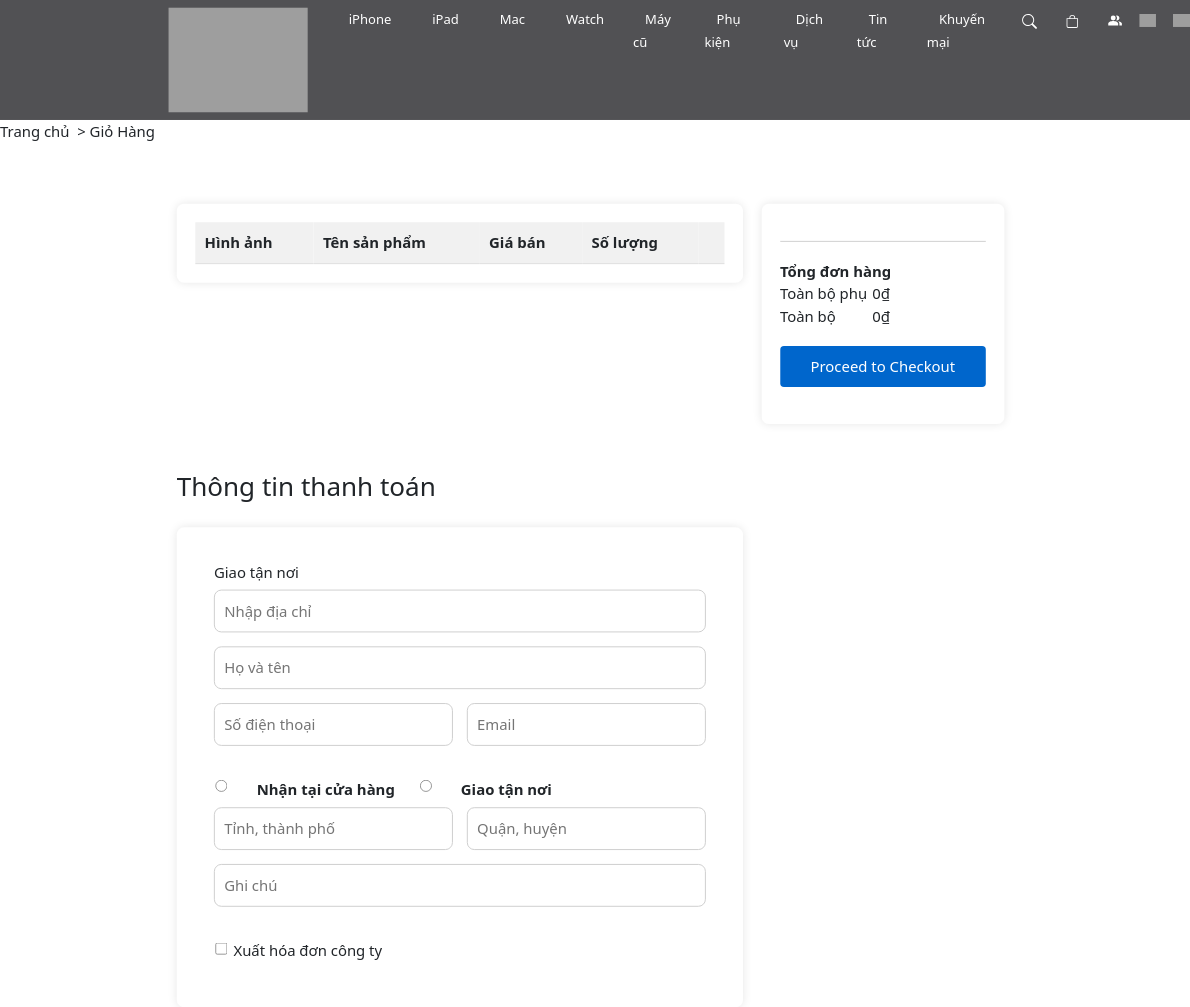
Repository: 20092004nam2k4/FE-ShopDunk
Page: /cart
The author's editor kept a copy of each file at every save. The page is drawn from the files as they stood at one save, then again after the next save.
The browser window is 1280 px wide. The pictures show the whole page, at 93% of full size.
Pictures or frames that could not be fetched are drawn as grey boxes. The page's requests for data from a server got no answer. The project was rebuilt for these pictures with package versions that can differ from the ones it lists, and the page was loaded fresh each time. No one was signed in, and anything a server would have sent is missing. Also part of the build but not shown: src/component/common/SlideImage.css, src/component/common/SlideImage.js, src/component/product/ProductCart.css, src/component/product/ProductList.js, src/component/product/ProductDetail.css, src/component/product/ProductDetail.js, src/component/user/LoginUser.js, src/component/user/UserProfile.js and 3 more.

Above is the page before, as saved 2024-06-14 12:10:37.

### src/App.js
import React from "react";
import { BrowserRouter as Router, Route, Routes } from "react-router-dom";
import Navbar from "./component/common/Navbar";
import SlideImage from "./component/common/SlideImage";
import ProductList from "./component/product/ProductList";
import CartPage from "./component/cart/CartPage";
import ProductDetail from "./component/product/ProductDetail";
import LoginUser from "./component/user/LoginUser";
import UserProfile from "./component/user/UserProfile";
import { AuthProvider } from "./context/AuthContext";
import RegisterUser from "./component/user/UserRegister";
import CategoryProducts from "./component/product/CategoryProducts"; // Import the new component

function App() {
  return (
    <AuthProvider>
      <Router>
        <div className="App">
          <Navbar />
          <Routes>
            <Route
              path="/"
              element={
                <>
                  <SlideImage />
                  <ProductList />
                </>
              }
            />
            <Route path="/cart" element={<CartPage />} />
            <Route path="/product/:id" element={<ProductDetail />} />
            <Route path="/register" element={<RegisterUser />} />
            <Route path="/login" element={<LoginUser />} />
            <Route path="/profile" element={<UserProfile />} />
            <Route
              path="/category/:categoryId"
              element={<CategoryProducts />}
            />{" "}
            {/* Add this line */}
          </Routes>
        </div>
      </Router>
    </AuthProvider>
  );
}

export default App;

### src/context/AuthContext.js
import React, { createContext, useState, useEffect } from "react";

export const AuthContext = createContext();

export const AuthProvider = ({ children }) => {
  const [isLoggedIn, setIsLoggedIn] = useState(false);
  const [user, setUser] = useState(null);

  useEffect(() => {
    const storedUser = localStorage.getItem("user");
    if (storedUser) {
      setIsLoggedIn(true);
      setUser(JSON.parse(storedUser));
    }
  }, []);

  const login = (userData) => {
    setIsLoggedIn(true);
    setUser(userData);
    localStorage.setItem("user", JSON.stringify(userData));
  };

  const logout = () => {
    setIsLoggedIn(false);
    setUser(null);
    localStorage.removeItem("user");
  };

  return (
    <AuthContext.Provider value={{ isLoggedIn, user, login, logout }}>
      {children}
    </AuthContext.Provider>
  );
};

### src/component/common/Navbar.css
.navbar {
  background-color: #515154;
  padding: 10px;
  position: relative; /* Thêm thuộc tính position relative */
}

.navbar-links {
  list-style: none;
  display: flex;
  justify-content: center;
  max-width: 1400px;
  margin: 0;
padding-left: 150px;
 position: relative; /* Thêm thuộc tính position relative */
  z-index: 1; /* Đảm bảo navbar hiển thị trên cùng */
}

.navbar-links li {
  padding-left: 18px;
}

.navbar-links a {
  color: white;
  text-decoration: none;
  padding: 10px 13px 25px;
  transition: background-color 0.3s;
  font-size: 14px;
}

.navbar-links a:hover {
  background-color: #6a6969;
}

.imageIcon {
  width: 150px;
}

.icon-bag,
.icon-people,
.icon-search {
  color: white;
  height: 30px;
}

.imageIconVN {
  height: 14px;
}

.dropdown-menu {
  position: absolute;
  top: 100%; /* Hiển thị menu dropdown bên dưới navbar */
  left: 0;
  background-color: #515154;
  min-width: 200px; /* Độ rộng tối thiểu của dropdown menu */
  z-index: 10; /* Đảm bảo menu dropdown hiển thị trên cùng */
  box-shadow: 0px 8px 16px rgba(0, 0, 0, 0.2); /* Đổ bóng cho dropdown menu */
  display: none; /* Ẩn dropdown menu mặc định */
}

.dropdown-menu.active {
  display: block; /* Hiển thị dropdown menu khi active */
}

.dropdown-menu a {
  color: white;
  text-decoration: none;
  padding: 15px;
  display: block;
  transition: background-color 0.3s;
}

.dropdown-menu a:hover {
  background-color: #7f7d7d;
}

### src/component/cart/CartPage.css
/* General styles for the cart page */
.tong {
    display: flex;
    justify-content: center;
    align-items: flex-start;
    padding-top: 50px;
    padding-left: 90px;
    padding-right: 100px;
    gap: 20px; /* Add gap between left and right sections */
    margin: 0 100px; /* Adjust left and right margins to 100px */
    max-width: 1400px; /* Set a maximum width for the container */
}

.left {
    width: 70%; /* Increase width to 70% */
    background-color: #fff; /* Add background color for clarity */
    padding: 20px; /* Add padding for spacing */
    box-shadow: 0 0 10px rgba(0, 0, 0, 0.1); /* Add box shadow for aesthetics */
    border-radius: 8px; /* Add border radius for rounded corners */
}

.right {
    width: 30%; /* Adjust width to 30% */
    background-color: #fff; /* Add background color for clarity */
    padding: 20px; /* Add padding for spacing */
    box-shadow: 0 0 10px rgba(0, 0, 0, 0.1); /* Add box shadow for aesthetics */
    border-radius: 8px; /* Add border radius for rounded corners */
}

.table-wrapper {
    overflow-x: auto;
    margin-bottom: 20px;
}

.cart {
    width: 100%;
    border-collapse: collapse;
}

.cart th,
.cart td {
    padding: 10px;
    text-align: left;
    border-bottom: 1px solid #ddd;
}

.cart th {
    background-color: #f1f1f1;
}

.cart img {
    max-width: 80px;
    height: auto;
}

.product-name {
    font-weight: bold;
    color: #333;
    text-decoration: none;
}

.product-name:hover {
    text-decoration: underline;
}

.attributes {
    font-size: 14px;
    color: #555;
}

.edit-item a {
    font-size: 14px;
    color: #0066cc;
}

.unit-price,
.subtotal {
    font-weight: bold;
    color: #333;
}

.qty-input {
    width: 40px;
    text-align: center;
    border: 1px solid #ddd;
    padding: 5px;
    margin: 0 5px;
}

.remove-btn {
    background: none;
    border: none;
    color: red;
    cursor: pointer;
}

.cart-options {
    margin-top: 20px;
}

.button {
    padding-top: 10px;
    display: inline-flex;
    float: right;
}

.common-buttons .button-2 {
    background-color: #5f5c5c;
    color: white;
    border: none;
    padding: 10px 20px;
    cursor: pointer;
    margin-right: 10px;
    border-radius: 5px;
}

.common-buttons .button-2:hover {
    background-color: #005bb5;
}

.footerMain {
    padding: 40px 0;
}

.footerMain .text-uppercase {
    text-transform: uppercase;
}

.footerMain .fw-bold {
    font-weight: bold;
}

.footerMain p {
    margin: 0;
    padding: 5px 0;
}

.footerMain a {
    color: #ffffff;
    text-decoration: none;
}

.footerMain a:hover {
    text-decoration: underline;
}

/* Styles for deals section */
.deals {
    margin-bottom: 20px;
}

/* Styles for coupon box */
.coupon-box {
    border: 1px solid #ccc;
    padding: 15px;
    background-color: #f9f9f9;
    width: 100%; /* Adjust width to 100% */
    box-sizing: border-box; /* Ensure padding is included in width */
    border-radius: 8px; /* Add border radius for rounded corners */
    box-shadow: 0 2px 4px rgba(0, 0, 0, 0.1); /* Add subtle shadow */
    margin-bottom: 20px; /* Add space below the coupon box */
}

.title {
    font-weight: bold;
    font-size: 18px;
    color: #333;
    margin-bottom: 10px; /* Add space below the title */
}

.hint {
    margin-top: 5px;
    color: #666;
    font-size: 14px;
}

/* Styles for coupon code input */
.coupon-code input {
    width: calc(100% - 20px); /* Adjust width to fit within the coupon box */
    margin-top: 10px;
    padding: 10px;
    border: 1px solid #ccc;
    border-radius: 4px; /* Add border radius */
    box-sizing: border-box; /* Ensure padding is included in width */
}

/* Styles for apply button */
.apply-discount-coupon-code-button {
    margin-top: 10px;
    padding: 10px;
    background-color: #0066CC;
    color: #fff;
    border: none;
    border-radius: 4px; /* Add border radius */
    cursor: pointer;
    width: 100%; /* Make button full-width */
}

.apply-discount-coupon-code-button:hover {
    background-color: #005bb5; /* Darken button color on hover */
}

/* Styles for totals section */
.totals {
    border-top: 1px solid #ccc;
    padding-top: 20px;
    margin-top: 20px;
}

/* Styles for total info */
.total-info {
    margin-bottom: 20px;
}

/* Styles for left side of total row */
.cart-total-left {
    padding-right: 10px;
    font-weight: bold;
}

/* Styles for total value */
.value-summary {
    font-weight: bold;
}

/* Styles for checkout buttons */
.checkout-buttons {
    margin-top: 20px;
}

/* Styles for checkout button */
.checkout-button {
    padding: 10px 20px;
    background-color: #0066CC;
    color: #fff;
    border: none;
    border-radius: 4px; /* Add border radius */
    cursor: pointer;
    width: 100%; /* Make button full-width */
    text-align: center; /* Center text */
}

.checkout-button:hover {
    background-color: #005bb5; /* Darken button color on hover */
}

/* Styles for note */
.note-ck {
    margin-top: 10px;
    font-size: 12px;
    color: red;
}
.remove-button {
    background: none;
    border: none;
    cursor: pointer;
    color: rgb(98, 97, 97); /* Customize as needed */
    font-size: 1.2em; /* Customize size as needed */
  }
  .tittle-header{
    margin-top: 20px;
    margin-left: 150px;
    background-color: #f1f1f1;
    margin-right: 200px;
    margin-bottom: -30px;
    padding-left: 15px;
  }
  .enter-address {
    padding: 20px;
}
.edit-address {
    margin-top: 20px;
}
.edit-address input[type="text"],
.edit-address select {
    width: 100%;
    padding: 10px;
    margin-bottom: 10px;
    border: 1px solid #ccc;
    border-radius: 5px;
}
.edit-address label {
    display: block;
    margin-bottom: 5px;
    font-weight: bold;
}
.edit-address input[type="radio"],
.edit-address label {
    margin-right: 10px;
}
.edit-address span {
    display: block;
    margin-top: 5px;
    font-style: italic;
}
.bg-white {
    background-color: #fff;
}
.left {
    width: 70%; /* Increase width to 70% */
    background-color: #fff; /* Add background color for clarity */
    padding: 20px; /* Add padding for spacing */
    box-shadow: 0 0 10px rgba(0, 0, 0, 0.1); /* Add box shadow for aesthetics */
    border-radius: 8px; /* Add border radius for rounded corners */
  }

  .tong-bot {
    display: flex;
    align-items: flex-start;
    gap: 20px; /* Add gap between left and right sections */
    margin: 0 100px; /* Adjust left and right margins to 100px */
    max-width: 1370px; /* Set a maximum width for the container */
    display: flex;
    align-items: flex-start;
    padding-top: 20px;
    padding-left: 90px;
    padding-right: 120px;
    gap: 20px; /* Add gap between left and right sections */
}

  .enter-address {
    display: flex;
    flex-direction: column;
  }

  .enter-address input,
  .enter-address select {
    width: 100%;
    margin-bottom: 15px;
    padding: 10px;
    border: 1px solid #ccc;
    border-radius: 8px;
  }

  .half-inputs {
    display: flex;
    gap: 15px;
  }

  .edit-address .delivery-method {
    display: flex;
    gap: 15px;
  }

  .edit-address input[type="checkbox"] {
    transform: scale(0.8);
    border-radius: 50%; /* Make the checkboxes round */
    width: 16px; /* Adjust the width */
    height: 16px; /* Adjust the height */
  }
  .edit-address input[type="radio"] {
    transform: scale(0.8);
    border-radius: 10%; /* Make the checkboxes round */
    width: 16px; /* Adjust the width */
    height: 16px; /* Adjust the height */
  }

  .edit-address .delivery-method input[type="checkbox"] {
    vertical-align: middle; /* Align checkboxes vertically */
  }
  .edit-address .delivery-method input[type="radio"] {
    vertical-align: middle; /* Align checkboxes vertically */
  }

  .edit-address .delivery-method label {
    vertical-align: middle; /* Align labels vertically */
    margin-left: 5px; /* Add space between checkbox and label */
  }
  .thanhtoan{
    padding-left: 190px;
    margin-top: 50px;
  }

### src/component/user/Login.css
body {
    font-family: sans-serif;
    /* display: flex; */
    justify-content: center;
    align-items: center;
    min-height: 100vh;
    background-color: #f5f5f5;
  }
  .userName-login{
    margin-top: 25px;
  }



  .left-side {
    width: 50%;
    display: flex;
    justify-content: center;
    align-items: center;
    margin-top: 90px;
  }

  .right-side {
    width: 50%;
    padding: 20px;
    margin-top: 90px;
  }

  .left-side img {
    width: 100%;
    max-width: 600px;
    height: 350px;
  }

  h2 {
    margin-bottom: 20px;
  }

  input[type="text"],
  input[type="password"] {
    width: 100%;
    padding: 10px;
    margin-bottom: 15px;
    border: 1px solid #ddd;
    border-radius: 10px;
    box-sizing: border-box;
  }

  input[type="checkbox"] {
    margin-right: 5px;
  }

  button {
    background-color: #007bff;
    color: #fff;
    padding: 10px 20px;
    border: none;
    border-radius: 3px;
    cursor: pointer;
    width: 100%;
  }

  .link {
    display: block;
    text-align: center;
    margin-top: 15px;
    color: #007bff;
    text-decoration: none;
  }

  .footerMain{
margin-top: 200px;
  }
  .textFooter{
    padding-left: 200px !important;
  }
  .textToRegister{
    margin-top: 15px;
  }

### src/component/user/UserProfile.css
    /* Reset CSS */
    * {
        box-sizing: border-box;
        margin: 0;
        padding: 0;
    }

    body {
        font-family: Arial, Helvetica, sans-serif;
        background-color: #f5f5f7; /* Updated background color */
    }

    .page-container {
        padding: 20px;
        background-color: #f5f5f7; /* Background color for the page */
    }

    .container {
        display: flex;
        justify-content: space-between;
        margin: 30px auto;
        width: 80%;
        /* gap: 30px;  */
    }

    .navigation {
        width: 25%;
        background-color: #fff;
        padding: 20px;
        border-radius: 10px;
        border: 1px solid #ddd; /* Border for left div */
        box-shadow: 0 0 10px rgba(0, 0, 0, 0.1); /* Optional: for a subtle shadow effect */
        margin-left: 50px;
    }

    .navigation ul {
        padding-left: 0; /* Reset padding */
        list-style: none; /* Remove bullet points */
    }

    .navigation li {
        padding: 10px 0;
        border-bottom: 1px solid #ddd;
    }

    .navigation li:last-child {
        border-bottom: none;
    }

    .navigation li a {
        color: #333;
        text-decoration: none;
        display: flex;
        align-items: center;
    }

    .navigation li a i {
        margin-right: 10px;
        font-size: 1.2em;
    }

    .form {
        width: calc(70% - 100px); /* Reduced width by 100px */
        background-color: #fff;
        padding: 20px;
        border-radius: 10px;
        border: 1px solid #ddd; /* Border for right div */
        box-shadow: 0 0 10px rgba(0, 0, 0, 0.1); /* Optional: for a subtle shadow effect */
        display: flex;
        flex-direction: column;
        height: calc(100% + 70px); /* Increased height by 70px */
        margin-right: 90px;
    }

    .form-row {
        display: flex;
        justify-content: space-between;
        align-items: center;
        margin-bottom: 15px;
    }

    .form-row label {
        flex: 1;
    }

    .form-row input,
    .form-row select {
        flex: 2;
        padding: 10px;
        border: 1px solid #ddd;
        border-radius: 5px;
    }

    .form-row .input-group {
        display: flex;
        flex-direction: column;
        margin-bottom: 15px;
    }

    .form-row .input-group input {
        margin-top: 10px;
    }

    .input-email {
        padding-left: 20px;
    }

    .input-gender {
        display: flex;
        align-items: center;
        padding-left: 20px;
    }

    .input-gender > div {
        display: flex;
        align-items: center;
        margin-right: 20px;
    }

    .input-gender label {
        margin-left: 5px;
        margin-right: 15px; /* Adjust spacing between the labels and inputs */
    }

    .form-row.birthday-row {
        display: flex;
        justify-content: space-between;
        align-items: center;
        margin-bottom: 15px;
    }

    .form-row.birthday-row label {
        flex: 1;
    }

    .form-row.birthday-row select {
        flex: 1;
        padding: 10px;
        border: 1px solid #ddd;
        border-radius: 5px;
    }

    .form button {
        background-color: #0066cc;
        color: white;
        padding: 10px 20px;
        border: none;
        border-radius: 5px;
        cursor: pointer;
        width: 124px;
        height: 43px;
        margin: 0 auto; /* Add this line to center the button */
        margin-top: 10px;
    }

    .newsletter {
        text-align: center;
        margin-top: 50px;
    }

    .footerMain {
        text-align: center;
        background-color: #333;
        color: #fff;
        padding: 10px 0;
    }

    .newsletter .input-group {
        width: auto;
        display: inline-flex;
        border-radius: 20px;
        margin-top: 20px;
    }

    .newsletter .input-group .form-control {
        width: 500px;
        height: 50px;
        border-radius: 20px;
    }

    .newsletter .input-group .btn {
        width: 100px;
        background-color: #0066cc;
        color: white;
        border: none;
        border-radius: 20px;
        height: 50px;

    }

    .text-email {
        margin-top: 21px;
    }
    .radio-male{
        margin-left: -48px;

    }
    .text-user{
        margin-right: 580px;
        padding-top: 17px;
    }
    .text-male{
        padding-top: 9px;
    margin-right: 234px;
    }
    .text-female{
        padding-top: 8px;
    }
    .email-info{
        padding-top: 10px;
    }
    .email-text{
        margin-bottom: 24px;
    }

Loaded but not shown: public/index.html (common file); src/index.js (common file); src/component/cart/CartPage.js (246 lines, source omitted); src/component/common/Navbar.js (93 lines, source omitted)

After the next save:
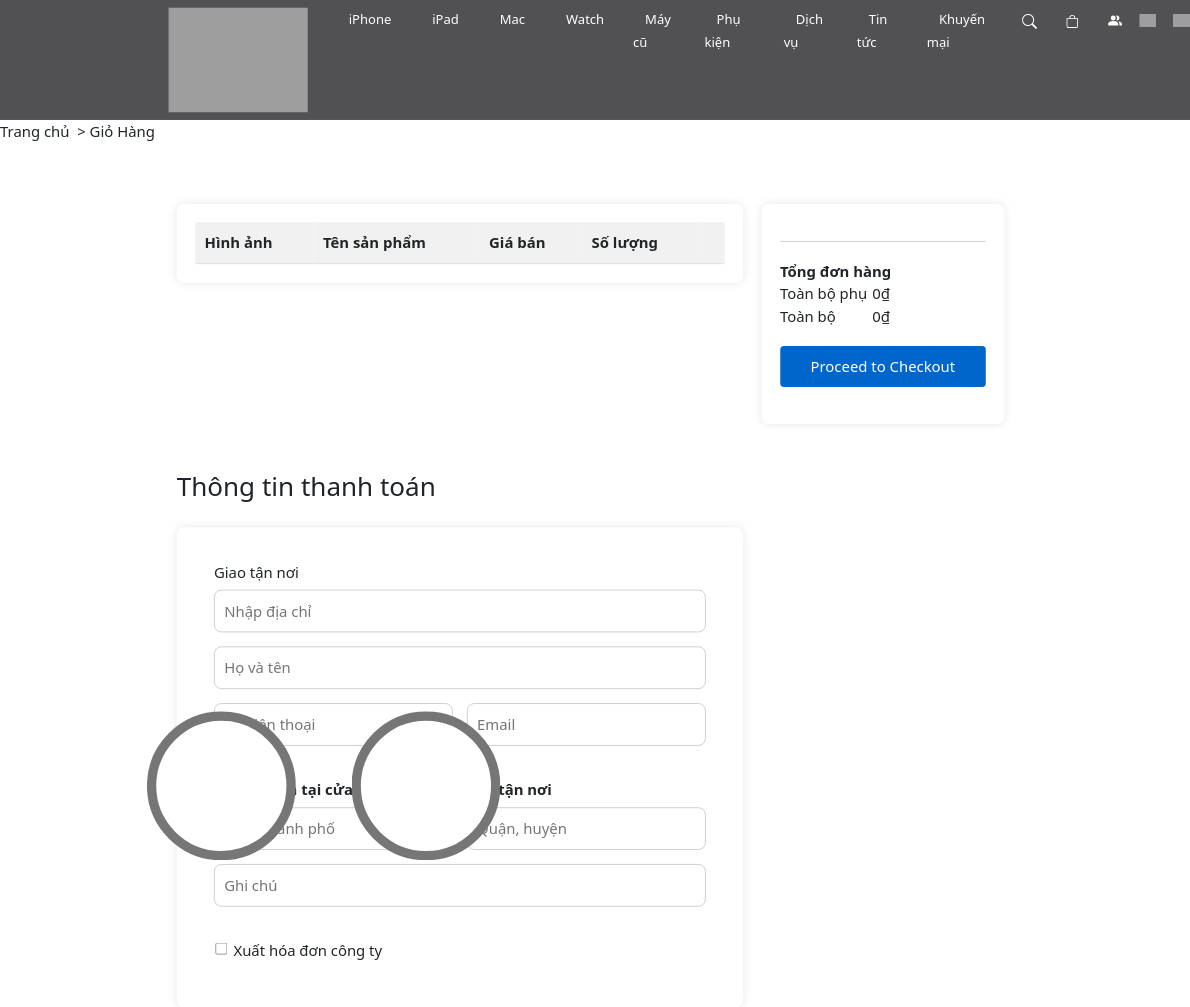
Saved 18 s later.
--- a/src/component/cart/CartPage.css
+++ b/src/component/cart/CartPage.css
@@ -349,7 +349,7 @@
     height: 16px; /* Adjust the height */
   }
   .edit-address input[type="radio"] {
-    transform: scale(0.8);
+    transform: scale(10);
     border-radius: 10%; /* Make the checkboxes round */
     width: 16px; /* Adjust the width */
     height: 16px; /* Adjust the height */

After the 2 saves that followed:
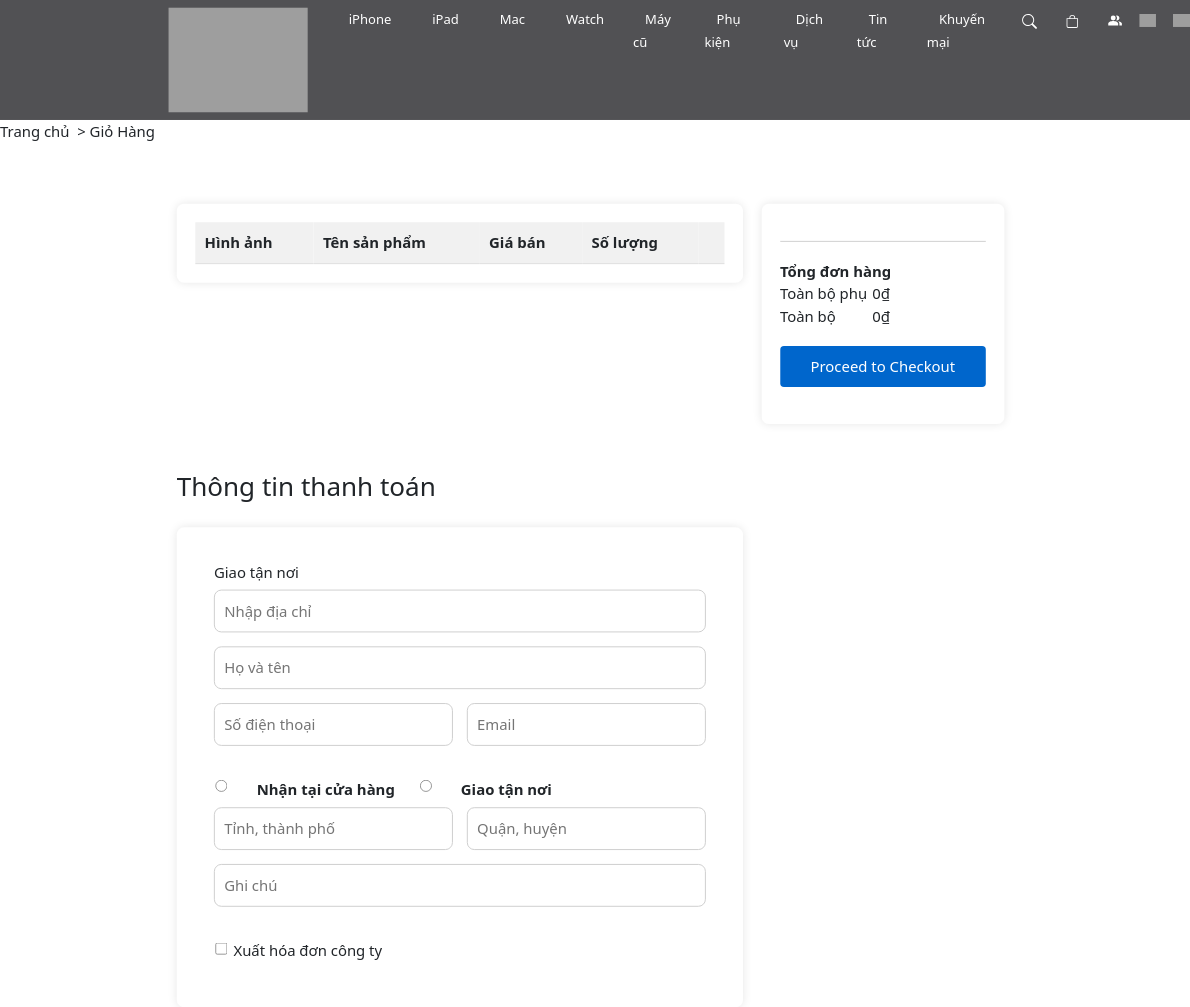
The 2 saves are shown as one change because they came seconds apart.
The last was saved 8 s later.
--- a/src/component/cart/CartPage.css
+++ b/src/component/cart/CartPage.css
@@ -349,10 +349,10 @@
     height: 16px; /* Adjust the height */
   }
   .edit-address input[type="radio"] {
-    transform: scale(10);
+    transform: scale(0.8);
     border-radius: 10%; /* Make the checkboxes round */
     width: 16px; /* Adjust the width */
-    height: 16px; /* Adjust the height */
+    height: 16px; Adjust the height
   }
 
   .edit-address .delivery-method input[type="checkbox"] {
